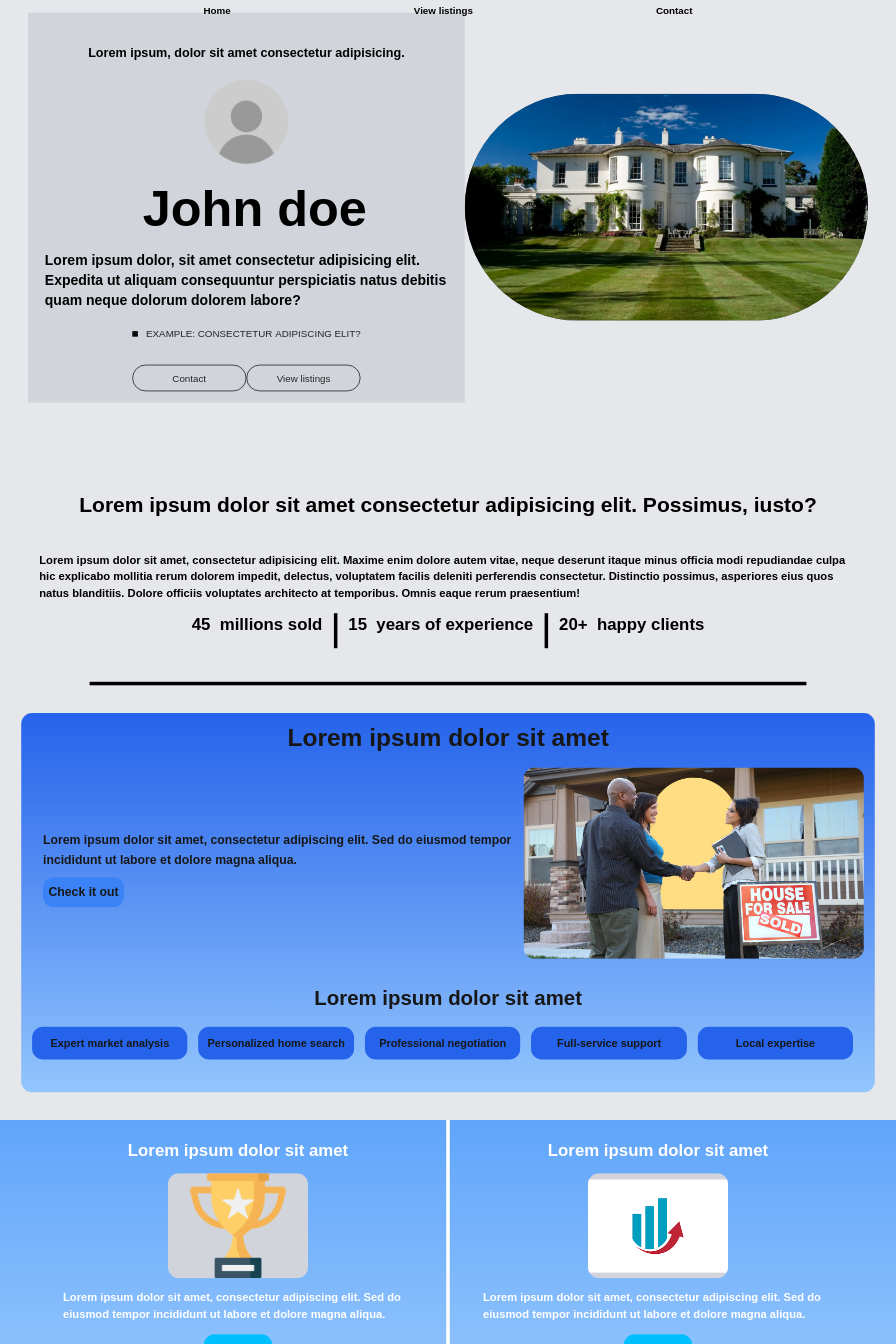
Repository: TMuse333/single-page-real-estate
Page: / (app in frontend/)
These files come from the project's save history. The page is drawn as it stood at one moment and after the next save; the edit follows.
The browser window is 1280 px wide. The pictures show the part of the page from y = 0 to 1920 px (the page is 6391 px tall), at 70% of full size.
The project was rebuilt for these pictures with package versions that can differ from the ones it lists, and the page was loaded fresh each time. The framework's server and built-in components were replaced by stand-ins that run in the browser. Also part of the build but not shown: frontend/next.config.mjs.

Above is the page before, as saved 2024-12-05 15:17:59.

After the next save:
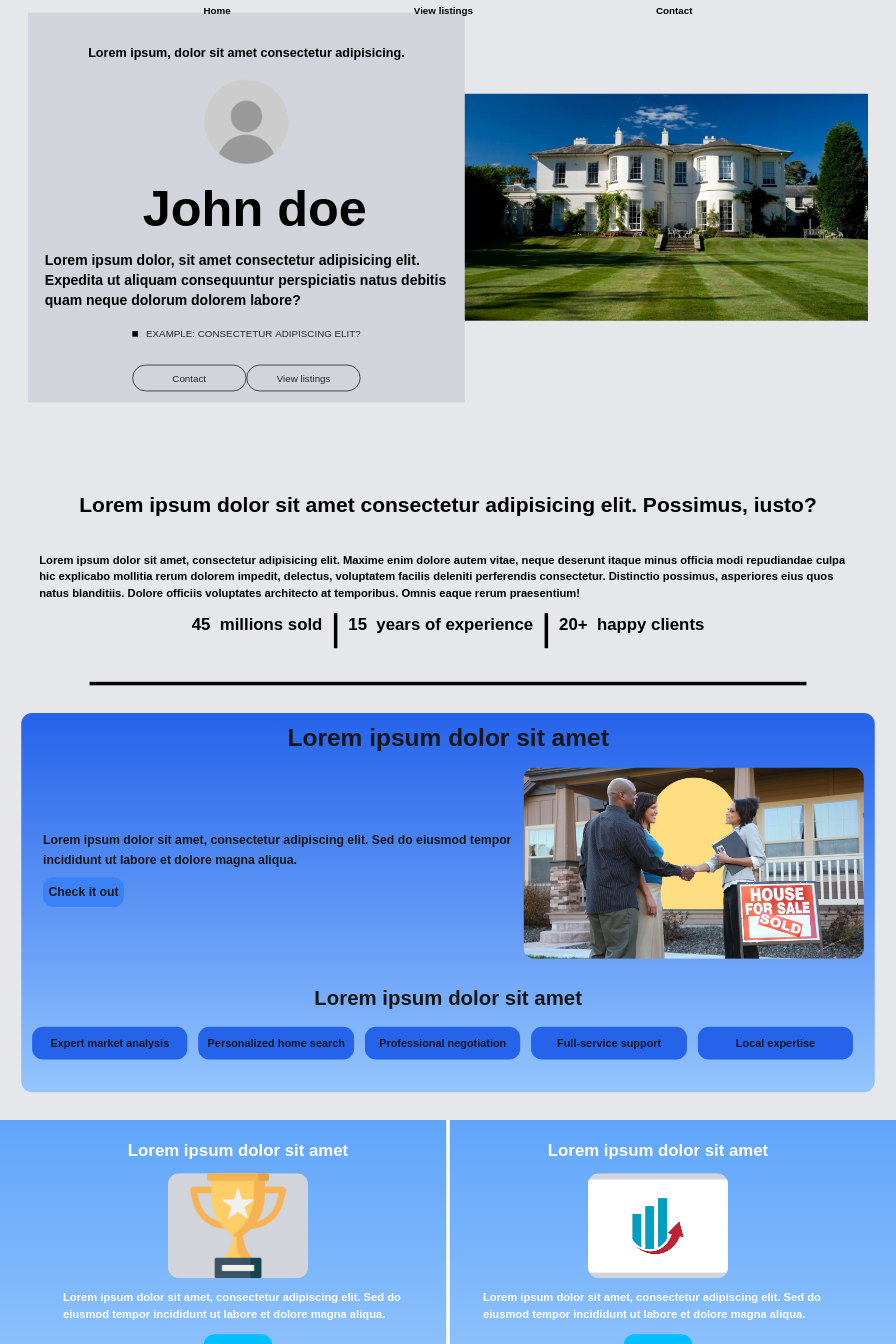
Saved 5 s later.
--- a/frontend/src/components/herobanner/herobanner.tsx
+++ b/frontend/src/components/herobanner/herobanner.tsx
@@ -69,7 +69,7 @@ const Herobanner = () => {
             width={1300}
             alt='A full body image of Thomas Musial'
             className="w-[45vw] hidden  object-contain mx-auto
-          rounded-full bg-gray-600  md:block
+ bg-gray-600  md:block
 
 
             "
